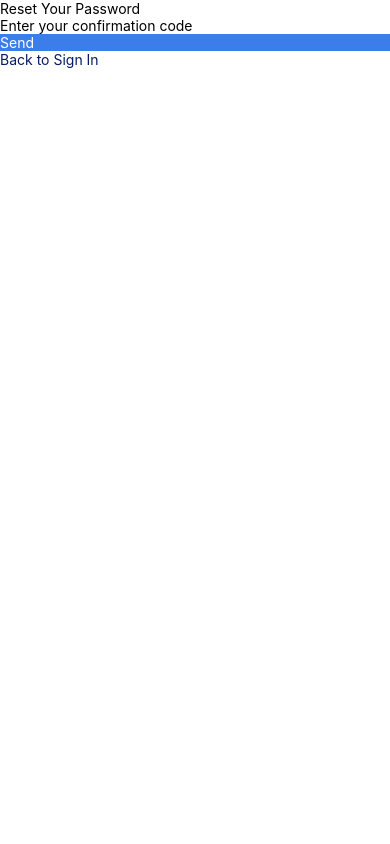
Repository: cynthiamoraa/HireMate
Screen: /
The author's editor kept a copy of each file at every save. The screen is drawn from the files as they stood at one save, then again after the next save.
The app was drawn by React Native's web renderer in a window 390 px wide. The project was rebuilt for these pictures with package versions that can differ from the ones it lists, and the page was loaded fresh each time.

Above is the screen before, as saved 2023-07-13 00:13:01.

### App.js
/**
 * Sample React Native App
 * https://github.com/facebook/react-native
 *
 * @format
 */

import React from 'react';

import {SafeAreaView} from 'react-native';
// import SigninScreen from './src/screens/SigninScreen';
// import SignUpScreen from './src/screens/SignUpScreen';
// import ConfirmEmailScreen from './src/screens/ConfirmEmailScreen';
// import ForgotPasswordScreen from './src/screens/ForgotPasswordScreen';
import NewPasswordScreen from './src/screens/NewPasswordScreen/NewPasswordScreen';

function App() {
  return (
    <SafeAreaView>
      <NewPasswordScreen />
    </SafeAreaView>
  );
}

export default App;

### src/screens/NewPasswordScreen/NewPasswordScreen.js
import React,{useState} from 'react';

import {View,  ScrollView, Text} from 'react-native';
import CustomInput from '../../components/CustomInput/CustomInput';
import CustomButton from '../../components/CustomButton/CustomButton';


const NewPasswordScreen = () => {
  const [code, setCode] = useState('');
  const [newpassword, setNewPassword] = useState('');


  const onSendPressed = () => {
    console.log('Confirm button pressed');
  };


  const onSignInPressed = ()=>{
    console.log('Sign up button pressed');
  };

  return (
    <ScrollView showsVerticalScrollIndicator={false}>
      <View className="bg-white h-screen">
        <View className="items-center  ">
          <Text className="font-bold text-[#051c68] mt-10 mb-3 text-2xl">
           Reset Your Password
          </Text>
        </View>

        <CustomInput
          placeholder="Enter your confirmation code"
          value={code}
          setValue={setCode}
        />

        <CustomButton
          text="Send"
          onPress={onSendPressed}
          bgColor="#3D7DEB"
          textColor={'#fff'}
        />

        <CustomButton
          text="Back to Sign In"
          onPress={onSignInPressed}
          bgColor="#fff"
          textColor={'#051c68'}
        />
      </View>
    </ScrollView>
  );
};

export default NewPasswordScreen;

### src/components/CustomInput/CustomInput.js
import { View, TextInput } from 'react-native';
import React from 'react';

const CustomInput = ({value,setValue,placeholder,secureTextEntry}) => {
  return (
    <View className="px-10">
      <TextInput
        value={value}
        onChangeText={setValue}
        placeholder={placeholder}
        className="w-full bg-[#F9FBFC] border-[#e8e8e8] border-1 rounded-md px-10 mx-0 my-5"
        secureTextEntry={secureTextEntry}
      />
    </View>
  );
};


export default CustomInput;

### src/components/CustomButton/CustomButton.js
import { Text , Pressable} from 'react-native';
import React from 'react';

const CustomButton = ({onPress, text, bgColor, textColor}) => {
  return (
    <Pressable onPress={onPress} className=" px-10 ">
      <Text
        style={{backgroundColor: bgColor, color: textColor}}
        className=" w-full p-3 my-3 rounded-lg text-center  font-bold">
        {text}
      </Text>
    </Pressable>
  );
};

export default CustomButton;

After the next save:
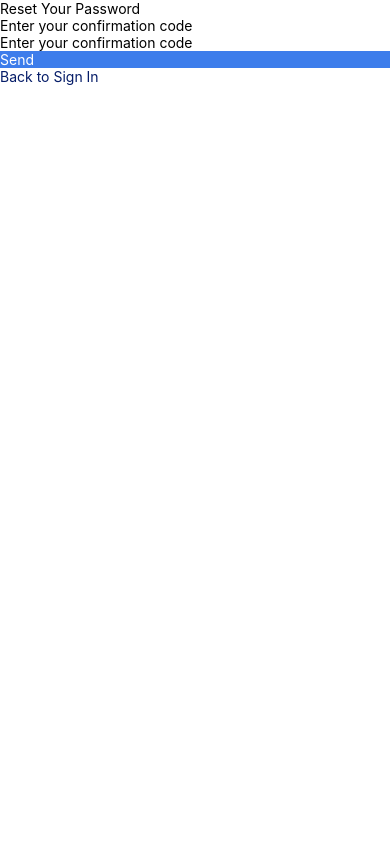
Saved 27 s later.
--- a/src/screens/NewPasswordScreen/NewPasswordScreen.js
+++ b/src/screens/NewPasswordScreen/NewPasswordScreen.js
@@ -24,10 +24,15 @@ const NewPasswordScreen = () => {
       <View className="bg-white h-screen">
         <View className="items-center  ">
           <Text className="font-bold text-[#051c68] mt-10 mb-3 text-2xl">
-           Reset Your Password
+            Reset Your Password
           </Text>
         </View>
 
+        <CustomInput
+          placeholder="Enter your confirmation code"
+          value={code}
+          setValue={setCode}
+        />
         <CustomInput
           placeholder="Enter your confirmation code"
           value={code}
